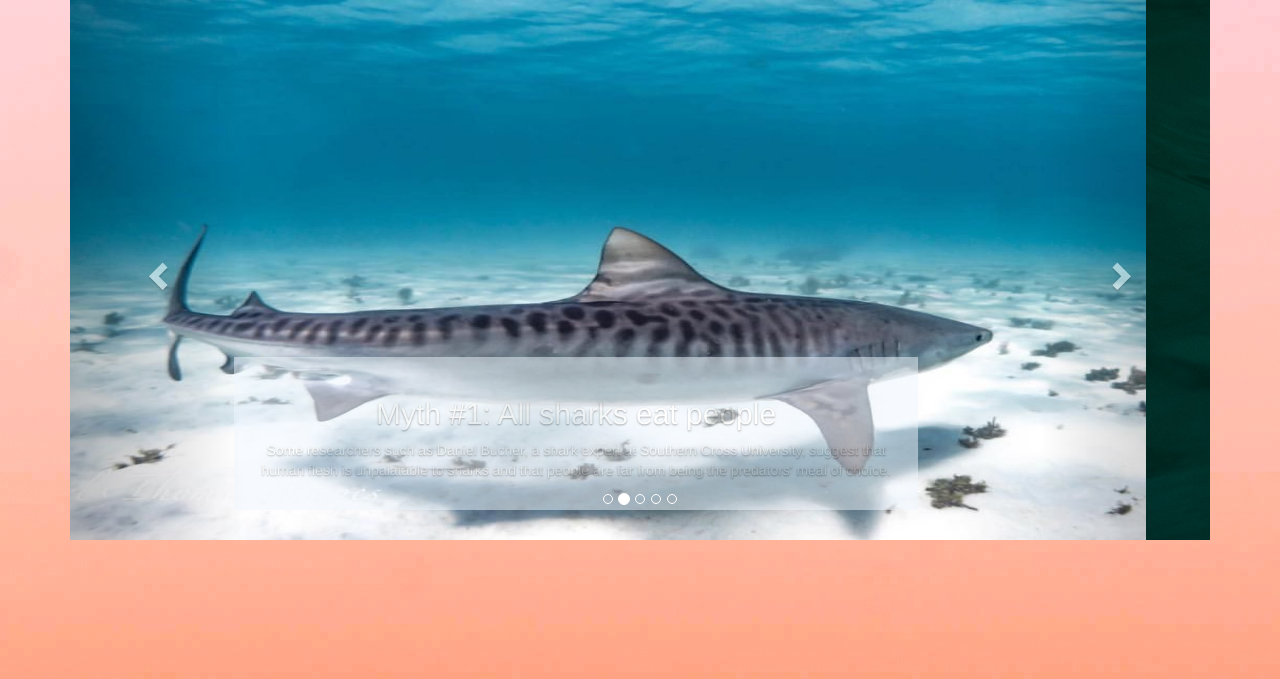
Repository: lacey-crenshaw/carousel
Page: index.html
The author's editor kept a copy of each file at every save. The page is drawn from the files as they stood at one save, then again after the next save.
The browser window is 1280 px wide. The pictures show the whole page.

Above is the page before, as saved 2020-02-16 18:02:35.

After the next save:
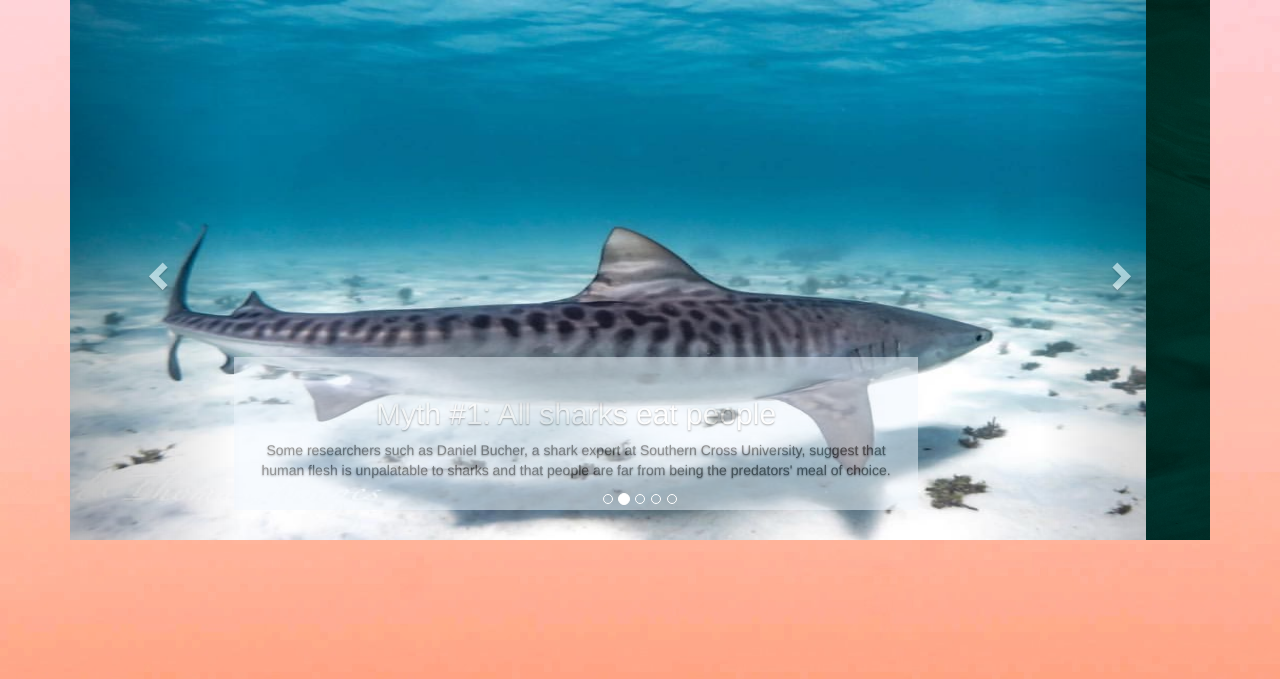
Saved 7 s later.
--- a/images/styles/styles.css
+++ b/images/styles/styles.css
@@ -3,7 +3,7 @@ body {
 
 }
 
-h2 p {
+p {
     color: #333;
 }
 
